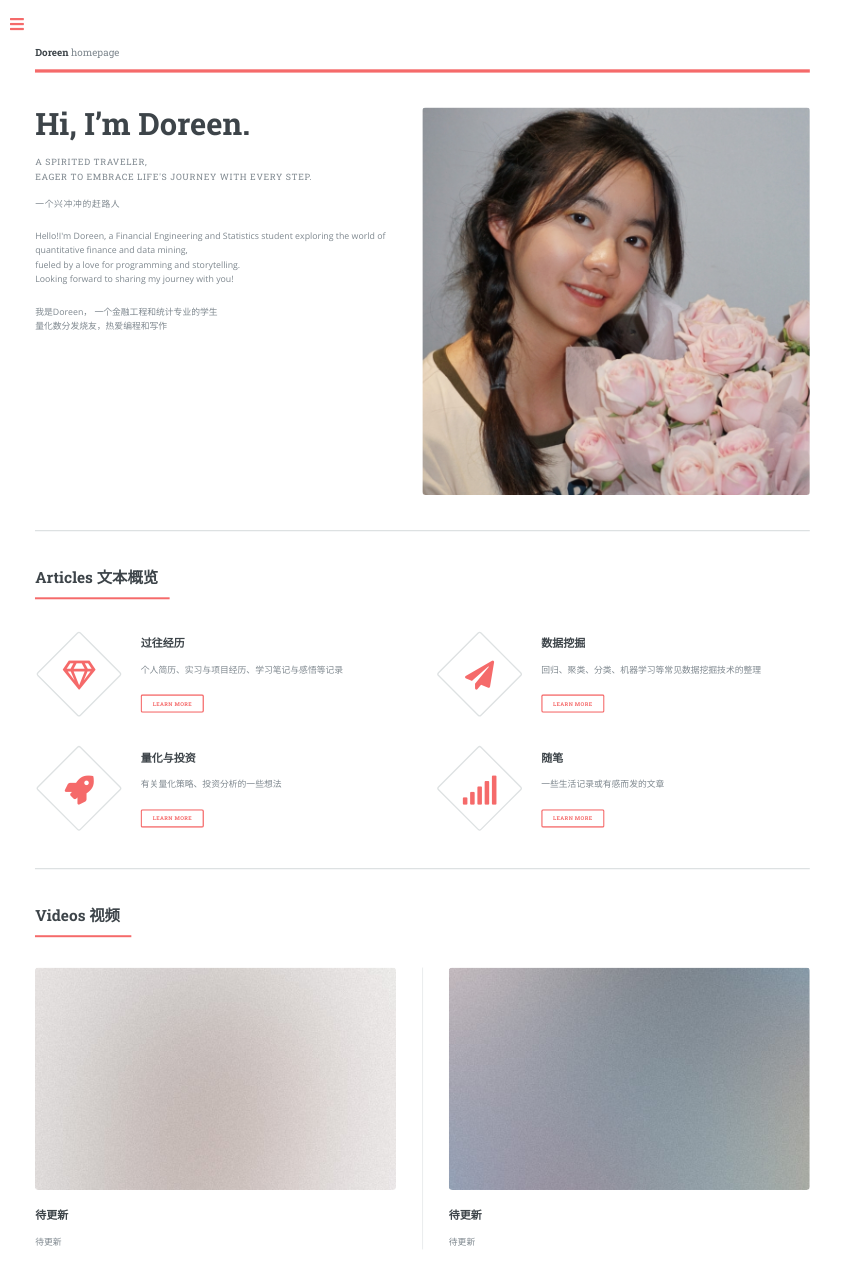
Repository: Hpz3859/Hpz3859.github.io
Page: index.html
An editor plug-in stored every save of this project. The page is shown before and after the next save, followed by the edit.
The browser window is 1280 px wide. The pictures show the whole page, at 66% of full size.

Above is the page before, as saved 2025-03-19 11:54:03.

### index.html
<!DOCTYPE HTML>
<!--
	Editorial by HTML5 UP
	html5up.net | @ajlkn
	Free for personal and commercial use under the CCA 3.0 license (html5up.net/license)
-->
<html>
	<head>
		<title>Doreen</title>
		<meta charset="utf-8" />
		<meta name="viewport" content="width=device-width, initial-scale=1, user-scalable=no" />
		<link rel="stylesheet" href="./assets/css/main.css" />
	</head>
	<body class="is-preload">

		<!-- Wrapper -->
			<div id="wrapper">

				<!-- Main -->
					<div id="main">
						<div class="inner">

							<!-- Header -->
								<header id="header">
									<a href="./index.html" class="logo"><strong>Doreen  </strong>homepage</a>
									<!--
									<ul class="icons">
										<li><a href="#" class="icon brands fa-twitter"><span class="label">Twitter</span></a></li>
										<li><a href="#" class="icon brands fa-facebook-f"><span class="label">Facebook</span></a></li>
										<li><a href="#" class="icon brands fa-snapchat-ghost"><span class="label">Snapchat</span></a></li>
										<li><a href="#" class="icon brands fa-instagram"><span class="label">Instagram</span></a></li>
										<li><a href="#" class="icon brands fa-medium-m"><span class="label">Medium</span></a></li>
									</ul>
									-->
								</header>

							<!-- Banner -->
								<section id="banner">
									<div class="content">
										<header>
											<h1>Hi, I’m Doreen.</h1>
											<p>A spirited traveler, <br>
												eager to embrace life's journey with every step.</p>
											<p> 一个兴冲冲的赶路人</p>
										</header>
										<p>Hello!I'm Doreen, a Financial Engineering and Statistics student exploring the world of quantitative finance and data mining,
											<br>
											fueled by a love for programming and storytelling.
											<br>
											Looking forward to sharing my journey with you!</p>
										<p> 我是Doreen， 一个金融工程和统计专业的学生
											<br>
											量化数分发烧友，热爱编程和写作</p>
										<!--
										<ul class="actions">
											<li><a href="#" class="button big">Learn More</a></li>
										</ul>
										-->
									</div>
									<span class="image object">
										<img src="./images/git_main.png" alt="" />
									</span>
								</section>

							<!-- Section -->
								<section>
									<header class="major">
										<h2>Articles 文本概览</h2>
									</header>
									<div class="features">
										<article>
											<span class="icon fa-gem"></span>
											<div class="content">
												<h3>过往经历</h3>
												<p>个人简历、实习与项目经历、学习笔记与感悟等记录</p>
												<ul class="actions">
													<li><a href="#" class="button small">Learn More</a></li>
												</ul>
											</div>
										</article>
										<article>
											<span class="icon solid fa-paper-plane"></span>
											<div class="content">
												<h3>数据挖掘</h3>
												<p>回归、聚类、分类、机器学习等常见数据挖掘技术的整理</p>
												<ul class="actions">
													<li><a href="#" class="button small">Learn More</a></li>
												</ul>
											</div>
										</article>
										<article>
											<span class="icon solid fa-rocket"></span>
											<div class="content">
												<h3>量化与投资</h3>
												<p>有关量化策略、投资分析的一些想法</p>
												<ul class="actions">
													<li><a href="#" class="button small">Learn More</a></li>
												</ul>
											</div>
										</article>
										<article>
											<span class="icon solid fa-signal"></span>
											<div class="content">
												<h3>随笔</h3>
												<p>一些生活记录或有感而发的文章</p>
												<ul class="actions">
													<li><a href="#" class="button small">Learn More</a></li>
												</ul>
											</div>
										</article>
									</div>
								</section>

							<!-- Section -->
								<section>
									<header class="major">
										<h2>Videos 视频</h2>
									</header>
									<div class="posts">
										<article>
											<a href="#" class="image"><img src="./images/pic01.jpg" alt="" /></a>
											<h3><a href="#" class="">待更新</a></h3>
											<p>待更新</p>
										</article>
										<article>
											<a href="#" class="image"><img src="./images/pic02.jpg" alt="" /></a>
											<h3><a href="#" class="">待更新</a></h3>
											<p>待更新</p>
										</article>
										<!--
										<article>
											<a href="#" class="image"><img src="images/pic03.jpg" alt="" /></a>
											<h3>Tempus ullamcorper</h3>
											<p>Aenean ornare velit lacus, ac varius enim lorem ullamcorper dolore. Proin aliquam facilisis ante interdum. Sed nulla amet lorem feugiat tempus aliquam.</p>
											<ul class="actions">
												<li><a href="#" class="button">More</a></li>
											</ul>
										</article>
										<article>
											<a href="#" class="image"><img src="images/pic04.jpg" alt="" /></a>
											<h3>Sed etiam facilis</h3>
											<p>Aenean ornare velit lacus, ac varius enim lorem ullamcorper dolore. Proin aliquam facilisis ante interdum. Sed nulla amet lorem feugiat tempus aliquam.</p>
											<ul class="actions">
												<li><a href="#" class="button">More</a></li>
											</ul>
										</article>
										<article>
											<a href="#" class="image"><img src="images/pic05.jpg" alt="" /></a>
											<h3>Feugiat lorem aenean</h3>
											<p>Aenean ornare velit lacus, ac varius enim lorem ullamcorper dolore. Proin aliquam facilisis ante interdum. Sed nulla amet lorem feugiat tempus aliquam.</p>
											<ul class="actions">
												<li><a href="#" class="button">More</a></li>
											</ul>
										</article>
										<article>
											<a href="#" class="image"><img src="images/pic06.jpg" alt="" /></a>
											<h3>Amet varius aliquam</h3>
											<p>Aenean ornare velit lacus, ac varius enim lorem ullamcorper dolore. Proin aliquam facilisis ante interdum. Sed nulla amet lorem feugiat tempus aliquam.</p>
											<ul class="actions">
												<li><a href="#" class="button">More</a></li>
											</ul>
										</article>
										-->
									</div>
								</section>

						</div>
					</div>

				<!-- Sidebar -->
					<div id="sidebar">
						<div class="inner">

							<!-- Search -->
								<section id="search" class="alt">
									<form method="post" action="#">
										<input type="text" name="query" id="query" placeholder="Search" />
									</form>
								</section>

							<!-- Menu -->
								<nav id="menu">
									<header class="major">
										<h2>目录</h2>
									</header>
									<ul>
										<li><a href="./index.html">主页</a></li>
										<!--
										<li><a href="generic.html">文章</a></li>
										<li><a href="elements.html">视频</a></li>
										-->
										<li>
											<span class="opener">文章</span>
											<ul>
												<li><a href="#">过往经历</a></li>
												<li><a href="#">数据挖掘</a></li>
												<li><a href="#">量化与投资</a></li>
												<li><a href="#">随笔</a></li>
											</ul>
										</li>
										<li>
											<span class="opener">视频</span>
											<ul>
												<li><a href="#">待更新</a></li>
												<li><a href="#">待更新</a></li>
											</ul>
										</li>

									</ul>
								</nav>

							<!-- Section -->
							<!--
								<section>
									<header class="major">
										<h2>Ante interdum</h2>
									</header>
									<div class="mini-posts">
										<article>
											<a href="#" class="image"><img src="images/pic07.jpg" alt="" /></a>
											<p>Aenean ornare velit lacus, ac varius enim lorem ullamcorper dolore aliquam.</p>
										</article>
										<article>
											<a href="#" class="image"><img src="images/pic08.jpg" alt="" /></a>
											<p>Aenean ornare velit lacus, ac varius enim lorem ullamcorper dolore aliquam.</p>
										</article>
										<article>
											<a href="#" class="image"><img src="images/pic09.jpg" alt="" /></a>
											<p>Aenean ornare velit lacus, ac varius enim lorem ullamcorper dolore aliquam.</p>
										</article>
									</div>
									<ul class="actions">
										<li><a href="#" class="button">More</a></li>
									</ul>
								</section>
							-->

							<!-- Section -->
								<section>
									<header class="major">
										<h2>联系我</h2>
									</header>
									<p> </p>
									<ul class="contact">
										<li class="icon solid fa-envelope"><a href="#">h18286003859@163.com</a></li>
										<li class="icon solid fa-phone">(+86)13001993255</li>
										<!-- 地址
										<li class="icon solid fa-home"></li>
										-->
									</ul>
								</section>

							<!-- Footer -->
							<!--
								<footer id="footer">
									<p class="copyright">&copy; Untitled. All rights reserved. Demo Images: <a href="https://unsplash.com">Unsplash</a>. Design: <a href="https://html5up.net">HTML5 UP</a>.</p>
								</footer>
							-->

						</div>
					</div>

			</div>

		<!-- Scripts -->
			<script src="assets/js/jquery.min.js"></script>
			<script src="assets/js/browser.min.js"></script>
			<script src="assets/js/breakpoints.min.js"></script>
			<script src="assets/js/util.js"></script>
			<script src="assets/js/main.js"></script>

	</body>
</html>

Loaded but not shown: assets/css/fontawesome-all.min.css (library); assets/js/jquery.min.js (library); assets/js/browser.min.js (common file); assets/js/breakpoints.min.js (common file); assets/js/util.js (587 lines, source omitted); assets/js/main.js (262 lines, source omitted); assets/css/main.css (2273 lines, source omitted)

After the next save:
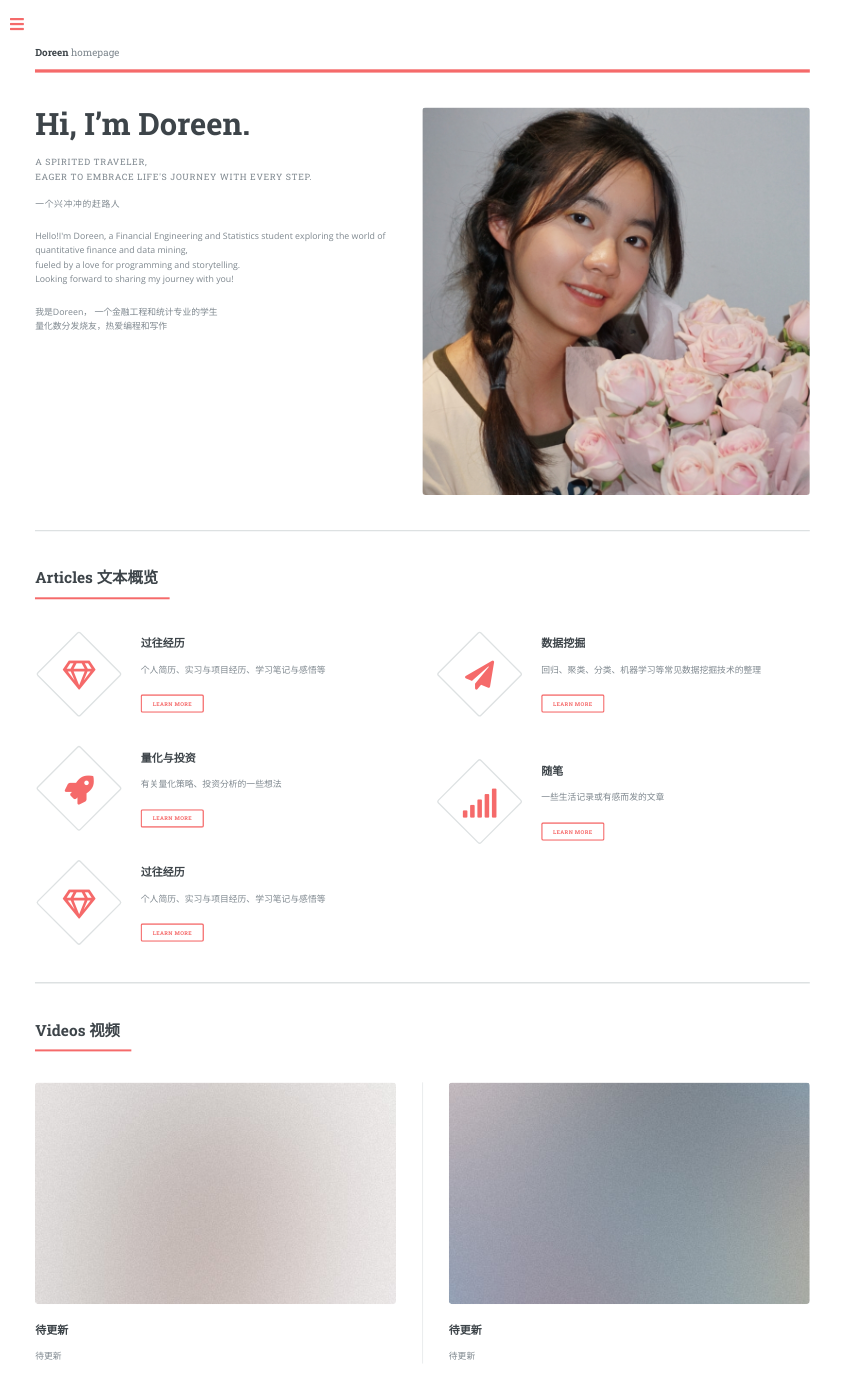
Saved 2 min 0 s later.
--- a/index.html
+++ b/index.html
@@ -72,7 +72,7 @@
 											<span class="icon fa-gem"></span>
 											<div class="content">
 												<h3>过往经历</h3>
-												<p>个人简历、实习与项目经历、学习笔记与感悟等记录</p>
+												<p>个人简历、实习与项目经历、学习笔记与感悟等</p>
 												<ul class="actions">
 													<li><a href="#" class="button small">Learn More</a></li>
 												</ul>
@@ -103,6 +103,16 @@
 											<div class="content">
 												<h3>随笔</h3>
 												<p>一些生活记录或有感而发的文章</p>
+												<ul class="actions">
+													<li><a href="#" class="button small">Learn More</a></li>
+												</ul>
+											</div>
+										</article>
+										<article>
+											<span class="icon fa-gem"></span>
+											<div class="content">
+												<h3>过往经历</h3>
+												<p>个人简历、实习与项目经历、学习笔记与感悟等</p>
 												<ul class="actions">
 													<li><a href="#" class="button small">Learn More</a></li>
 												</ul>
